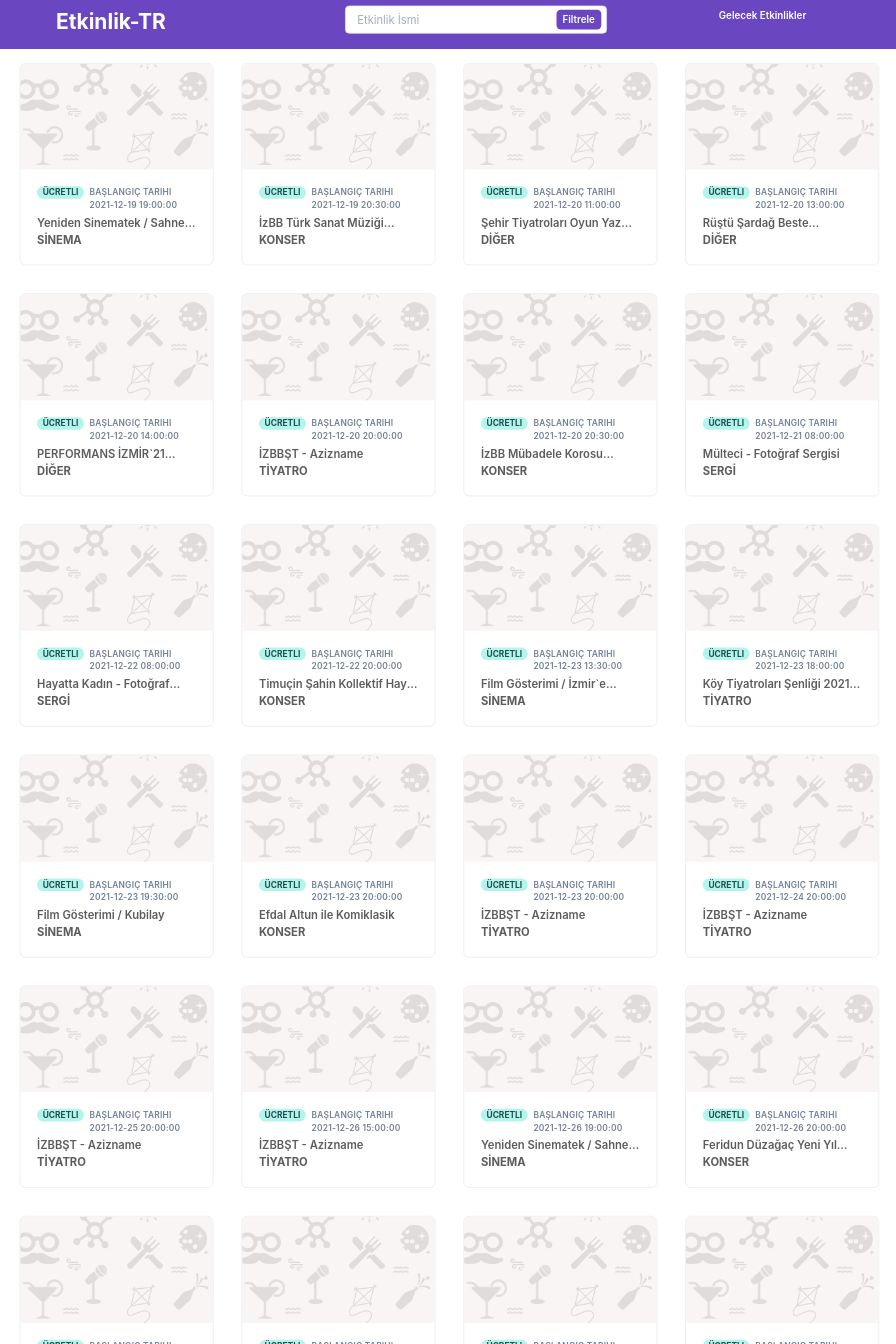
Repository: adnanyagmur/EtsTur-FrontEnd-Hiring-Challange
Page: /gecmisEtkinlikler
The author's editor kept a copy of each file at every save. The page is drawn from the files as they stood at one save, then again after the next save.
The browser window is 1280 px wide. The pictures show the part of the page from y = 0 to 1920 px (the page is 25583 px tall), at 70% of full size.
The project was rebuilt for these pictures with package versions that can differ from the ones it lists, and the page was loaded fresh each time. Also part of the build but not shown: src/index.css, src/components/detailPage/DetailPage.jsx, src/components/eventList/EventList.jsx, src/components/hompage/HomePage.jsx.

Above is the page before, as saved 2022-06-21 16:34:42.

### src/index.js
import React from 'react';
import ReactDOM from 'react-dom/client';
import './index.css';
import App from './App';
import {BrowserRouter} from "react-router-dom";
import { ChakraProvider, theme } from '@chakra-ui/react'



const root = ReactDOM.createRoot(document.getElementById('root'));
root.render(
  <React.StrictMode>
    <BrowserRouter>
    <ChakraProvider theme={theme}>
    <App />
    </ChakraProvider>
    </BrowserRouter>
  </React.StrictMode>
);

### src/App.js

import { Route, Routes } from "react-router-dom";
import DetailPage from "./components/detailPage/DetailPage";
import HomePage from "./components/hompage/HomePage";
import PastList from "./components/pastEventList/PastList"





function App() {

  return (
    <div>

    <Routes>
      <Route path="/" element={<HomePage></HomePage>}></Route>
      <Route path="/detailPage" element={<DetailPage></DetailPage>}></Route>

      /gecmisEtkinlikler

      <Route path="/gecmisEtkinlikler" element={<PastList></PastList>}></Route>

    </Routes>

    </div>

  );
}

export default App;

### src/components/pastEventList/PastList.jsx
import React from 'react';

import {Grid,Image,Badge,Box,GridItem,Text,SimpleGrid,Input,InputGroup,Button,InputRightElement} from '@chakra-ui/react';
import Logo from "../assets/Logo.jpg"
import  {useNavigate} from 'react-router-dom';
import Data from '../../pastApi/json';


function HomePage() {
const navigation = useNavigate();

const handleClick = (()=> {
    navigation("/")
})

    return(
        <div>
<div>

<Grid
  templateAreas={`"header header"
                  "nav main"
                  "nav footer"`}
  gridTemplateRows={'70px 1fr 150px'}
  gridTemplateColumns={'1fr'}
  h='200px'
  gap='1'
  color='blackAlpha.700'
  fontWeight='bold'
>
  <GridItem pt='2' pl='80px' bg='purple.600' color='white' area={'header'}>
  <SimpleGrid columns={[null,3]} spacing='40px'>
  <Text  as='span'  fontSize='3xl' >Etkinlik-TR</Text>
  <InputGroup as='span'  size='md'>
      <Input
        pr='4.5rem'
        bg='white'
        color='black'
        placeholder='Etkinlik İsmi'
      />
      <InputRightElement width='4.5rem'>
        <Button bg='purple.600' mr='2' h='1.75rem' size='sm' /* onClick={handleClick} */>
          Filtrele
        </Button>
      </InputRightElement>
    </InputGroup>
    <Button bg='purple.600' mr='2' h='1.75rem' size='sm' onClick={handleClick} >
          Gelecek Etkinlikler
        </Button>
</SimpleGrid>


  </GridItem>

  <GridItem pl='6' pt='4' pr='6' bg='white' area={'main'} >

  <SimpleGrid columns={[1, null,2, 3,4,5]} spacing='40px'>




  {Data?.map((data)=>



  <Box maxW='sm' borderWidth='1px' borderRadius='lg' overflow='hidden'>
      <Image src={Logo} alt="geçmiş-etkinlik" />

      <Box p='6'>
        <Box display='flex' alignItems='baseline'>
          <Badge borderRadius='full' px='2' colorScheme='teal'>
           {data.UCRETLENDIRME ? ("Ücretli"):("Ücretsiz")}
          </Badge>
          <Box
            color='gray.500'
            fontWeight='semibold'
            letterSpacing='wide'
            fontSize='xs'
            textTransform='uppercase'
            ml='2'
          >
           Başlangıç Tarihi {data.ETKINLIK_BASLAMA_TARIHI}
          </Box>
        </Box>

        <Box
          mt='1'
          fontWeight='semibold'
          as='h4'
          lineHeight='tight'
          noOfLines={1}
        >
          {data.ETKINLIK_ADI}
        </Box>

        <Box>
          {data.ETKINLIK_TURU}
        </Box>


      </Box>
    </Box>


/* buraya kart maplancek */


  )}
  </SimpleGrid>
  </GridItem>
  <GridItem pl='2' bg='gray.200' area={'footer'}>
  <SimpleGrid  columns={1} color='white' >
  <Box pt='3' bg='purple.600' textAlign="center" height='80px'> <Text    fontSize='3xl' >© Copyright ,Designed and built by Adnan YAĞMUR</Text></Box>
  <Box bg='purple.600' textAlign="center" height='80px'><Text    fontSize='3xl' >Bu sitenin API'ı <a href='https://etkinlik.io/'>Etkinlik.io</a> tarafından sağlanmıştır.</Text></Box>
</SimpleGrid>
  </GridItem>
</Grid>





      </div>
        </div>
    )
}

export default HomePage;

Loaded but not shown: public/index.html (common file); src/pastApi/json.js (3073 lines, source omitted)

After the next save:
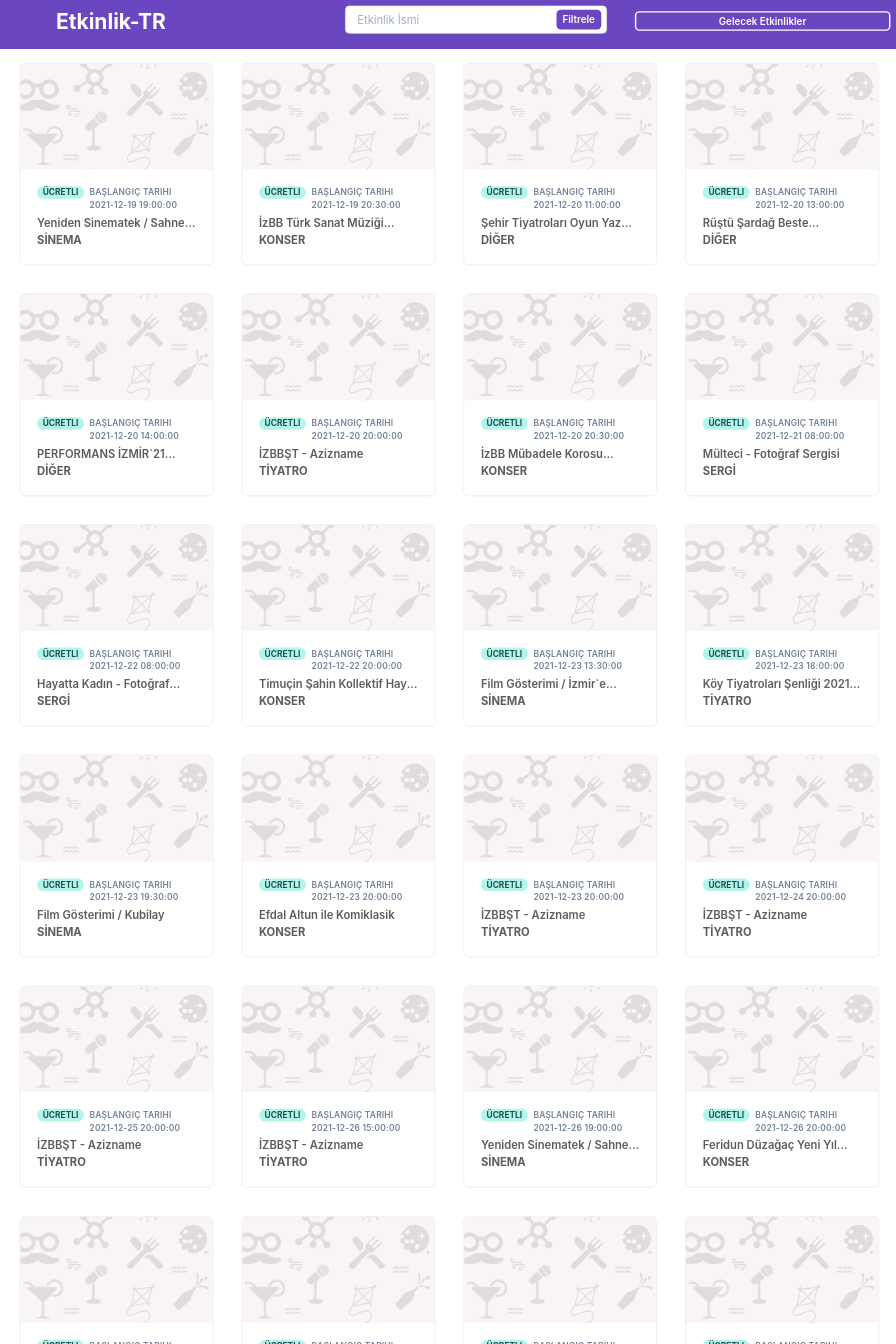
Saved 59 s later.
--- a/src/components/pastEventList/PastList.jsx
+++ b/src/components/pastEventList/PastList.jsx
@@ -44,7 +44,7 @@ const handleClick = (()=> {
         </Button>
       </InputRightElement>
     </InputGroup>
-    <Button bg='purple.600' mr='2' h='1.75rem' size='sm' onClick={handleClick} >
+    <Button bg='purple.600' mr='2' h='1.75rem' size='sm' mt="2" border='2px' borderColor='white' onClick={handleClick} >
           Gelecek Etkinlikler
         </Button>
 </SimpleGrid>
